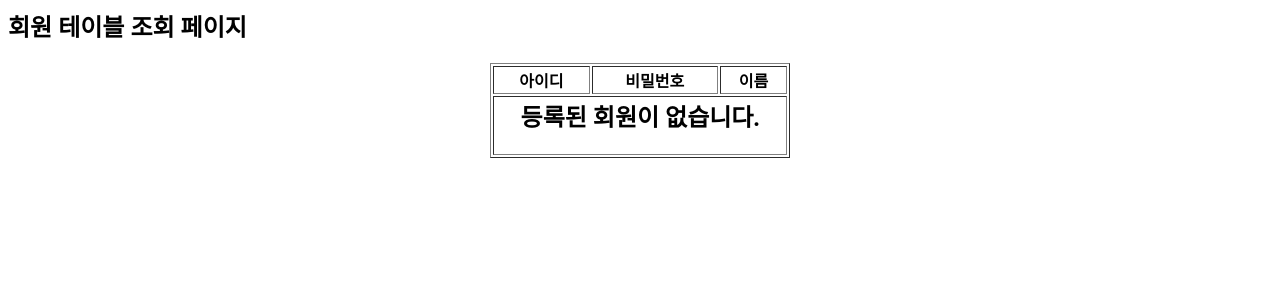
Repository: LTaeHoon/javajsp_ncs
Page: http://localhost/chap02_Directive_Object/scriptlet/memberSearch.jsp
The author's editor kept a copy of each file at every save. The page is drawn from the files as they stood at one save, then again after the next save.
The browser window is 1280 px wide. The pictures show the whole page.
The page is served by Tomcat 9. Other server files are loaded and not shown. Queries for data that is not in the repository find no rows.

Above is the page before, as saved 2017-01-12 05:01:33.

### chap02_Directive_Object/WebContent/scriptlet/memberSearch.jsp
<%@page import="java.sql.Connection"%>
<%@page import="java.sql.DriverManager"%>
<%@page import="java.sql.ResultSet"%>
<%@page import="java.sql.PreparedStatement"%>
<%@ page language="java" contentType="text/html; charset=UTF-8"
    pageEncoding="UTF-8"%>
<style>
 td{text-align:center}
</style>
<h2> 회원 테이블 조회 페이지 </h2>
<%
String driver="oracle.jdbc.driver.OracleDriver";
String url="jdbc:oracle:thin:@127.0.0.1:1521:ORCL";
String uid="scott";
String upwd="tiger";

	// 3. 필요한 변수 선언
	Connection con = null; // 1. 오라클 DB 연동 객체 변수 선언
	PreparedStatement pstmt = null; 	// 2. 쿼리문 실행 변수 선언
	ResultSet rs = null; 	// 3. 조회 결과를 저장하는 변수 선언
	String sql = null; 	// 4. 쿼리문 저장 변수 선언

	try {
		//4. 드라이버 로딩
		Class.forName(driver);
		//5. 데이터베이스 연결
		con=DriverManager.getConnection(url,uid,upwd);
		//6. 쿼리문 작성
		sql = "select * from jsp_member";
		pstmt=con.prepareStatement(sql);
		rs = pstmt.executeQuery(); // select 문 실행

		%>
		<!--  <h2>전체 레코드 수 /h2>    -->
		<table align="center" width="300" border="1">
			<tr>
				<th>아이디</th>
				<th>비밀번호</th>
				<th>이름</th>
			</tr>
		<%
		rs.last();
		int rowcount = rs.getRow();

		if(rowcount>0){
			rs.beforeFirst();

			while(rs.next()){ //true(회원 존재), false(회원 없음)
				String db_pwd =rs.getString("pwd");  //비번 컬럼
				String db_id = rs.getString("id");  //아이디 컬럼
				String db_name = rs.getString("name"); //이름 컬럼
			%>
			<tr>
				<td><%=db_id %></td>
				<td><%=db_pwd %></td>
				<td><%=db_name %></td>
			</tr>
			<%
			}
		}else{
			%>
			<tr>
				<td colspan='3'><h2>등록된 회원이 없습니다.</h2></td>
			</tr>

		</table>
		<%
		}
		} catch (ClassNotFoundException e) {
			System.out.println("JDBC DRIVER 로딩 실패");
			e.printStackTrace();
		}finally{
			con.close(); // 연결 객체 닫기
		}
%>

After the next save:
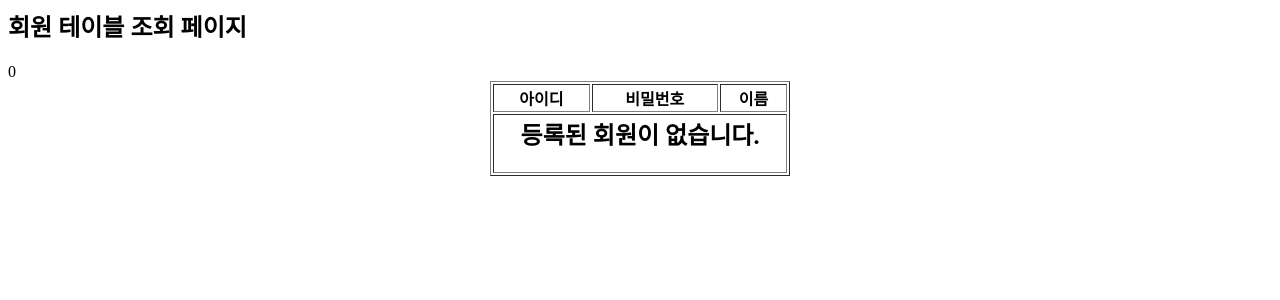
Saved 36 s later.
--- a/chap02_Directive_Object/WebContent/scriptlet/memberSearch.jsp
+++ b/chap02_Directive_Object/WebContent/scriptlet/memberSearch.jsp
@@ -41,7 +41,7 @@
 		<%
 		rs.last();
 		int rowcount = rs.getRow();
-
+		out.println(rowcount);
 		if(rowcount>0){
 			rs.beforeFirst();
 

After the 2 saves that followed:
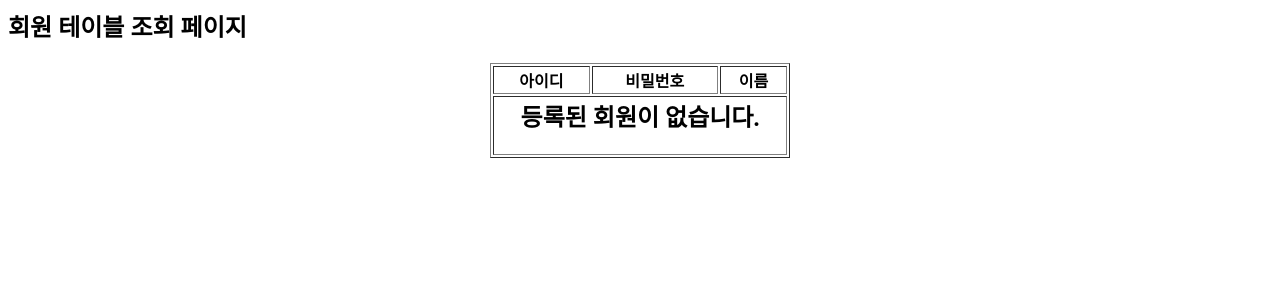
The 2 saves are shown as one change because 1 did not build or start.
The last was saved 77 s later.
--- a/chap02_Directive_Object/WebContent/scriptlet/memberSearch.jsp
+++ b/chap02_Directive_Object/WebContent/scriptlet/memberSearch.jsp
@@ -41,7 +41,7 @@
 		<%
 		rs.last();
 		int rowcount = rs.getRow();
-		out.println(rowcount);
+
 		if(rowcount>0){
 			rs.beforeFirst();
 
